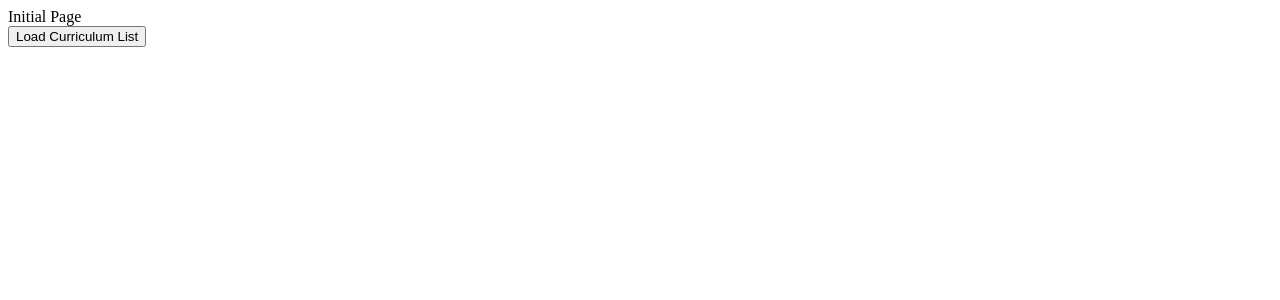
Repository: danielcp10/fitcurriculos
Page: http://localhost/FitCurriculos/Login.jsp
These files come from the project's save history. The page is drawn as it stood at one moment and after the next save; the edit follows.
The browser window is 1280 px wide. The pictures show the whole page.
The page is served by Tomcat 9.

Above is the page before, as saved 2019-11-11 12:06:29.

After the next save:
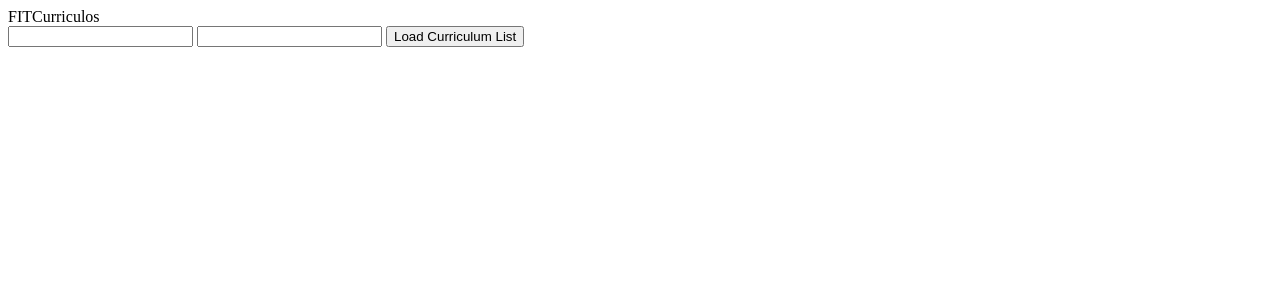
Saved 15 min 49 s later.
--- a/FitCurriculos/src/main/webapp/Login.jsp
+++ b/FitCurriculos/src/main/webapp/Login.jsp
@@ -8,8 +8,10 @@
 	</head>
 	<body>
 		<form action="">
-			Initial Page <br/>
+			FITCurriculos <br/>
 
+			<input type="text" value = "" name = "Login">
+			<input type="text" value = "" name = "Senha">
 			<input type="submit" value="Load Curriculum List" />
 		</form>
 	</body>
